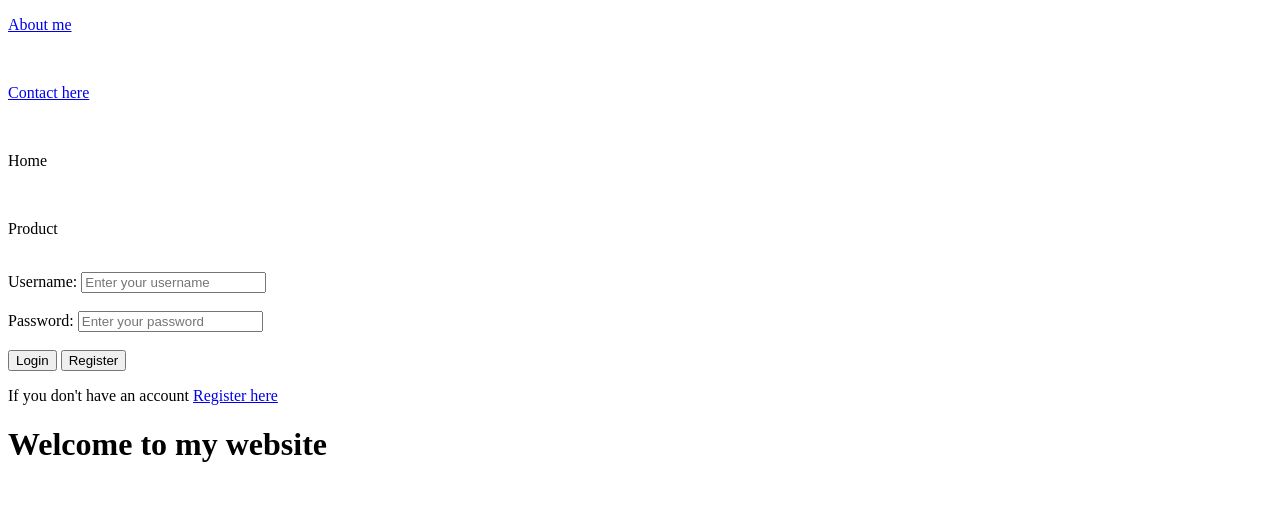
Repository: bao2222/hoc-lam-web
Page: welcome.html
An editor plug-in stored every save of this project. The page is shown before and after the next save, followed by the edit.
The browser window is 1280 px wide. The pictures show the whole page.

Above is the page before, as saved 2024-12-24 19:27:45.

### welcome.html
<!DOCTYPE html>
<html lang="en">

    <head>
        <meta charset="UTF-8">
        <title>Welcome</title>
        <meta content = "this is my website" name = "description">
        <meta author = "me">




    </head>

    <body>
        <header>
            <div>
                <div>
                <a href = "About-me.html" target = "_blank">
                    <p>About me</p><br>
                </a >
                <a href ="Contact-html" target = "_blank">
                    <p>Contact here</p><br>
                </a>
                <a>
                    <p>Home</p><br>
                </a>
                <a>
                    <p>Product</p><br>
                </a>
                </div>

                <div>
                    <form action="#" method="post">
                        <label for="username">Username:</label>
                        <input type="text" id="username" name="username" placeholder="Enter your username" required><br><br>
                        <label for="password">Password:</label>
                        <input type="password" id="password" name="password" placeholder="Enter your password" required><br><br>
                        <button type="submit">Login</button>
                        <button type="reset">Register</button>

                    </form>
                </div>

                <div>
                    <p>If you don't have an account <a href="register.html">Register here</a></p>
                </div>





            </div>
        </header>
        <main>
            <h1>Welcome to my website</h1>
        </main>
        <footer></footer>




    </body>





</html>

After the next save:
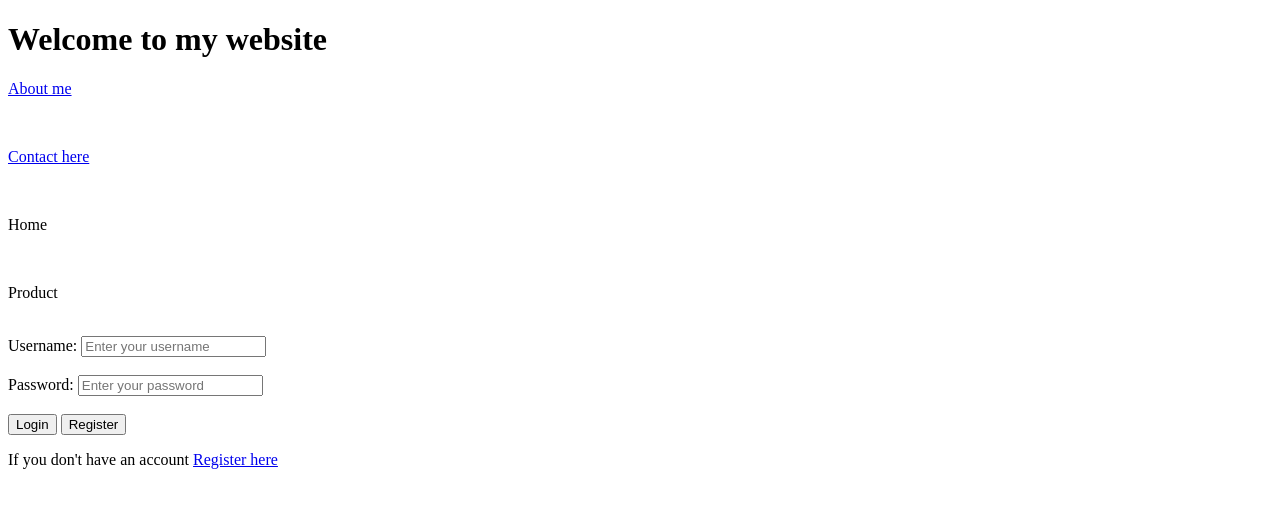
Saved 33 s later.
--- a/welcome.html
+++ b/welcome.html
@@ -13,6 +13,7 @@
     </head>
 
     <body>
+        <h1>Welcome to my website</h1>
         <header>
             <div>
                 <div>
@@ -52,9 +53,7 @@
 
             </div>
         </header>
-        <main>
-            <h1>Welcome to my website</h1>
-        </main>
+        <main></main>
         <footer></footer>
 
 
